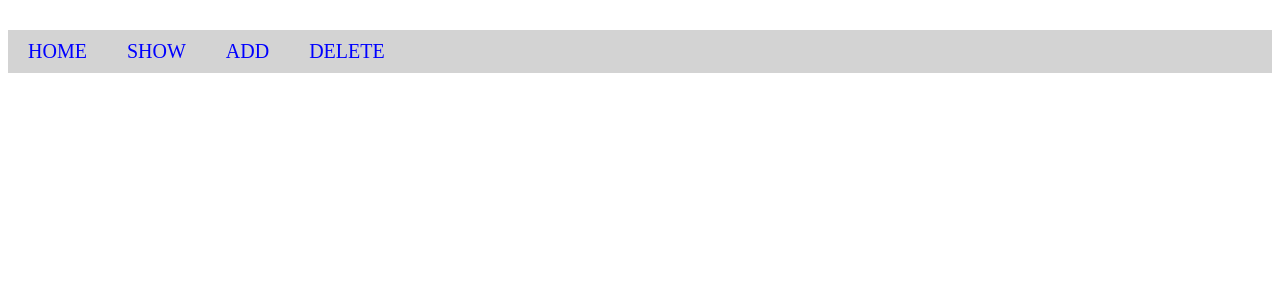
Repository: jalaj2123/SPRING-ORM
Page: Webap/src/main/webapp/home.html
An editor plug-in stored every save of this project. The page is shown before and after the next save, followed by the edit.
The browser window is 1280 px wide. The pictures show the whole page.

Above is the page before, as saved 2022-03-16 13:45:41.

### Webap/src/main/webapp/home.html
<!DOCTYPE html>
<html>
<head>
<meta charset="ISO-8859-1">
<title>Insert title here</title>

<style>
ul
{
  list-style-type: none;
  margin: 0;
  padding: 0px;
  overflow: hidden;
  background-color: lightgray;
}
li a {
  display: block;
  color: blue;
 font-size:20px;
  text-align: center;
  padding: 10px 20px;
  text-decoration: none;
}
  li
   {
  float: left;
}
li a:hover
{
  background-color: orange;
  color: black;
}


</style>
</head>
<body>
<marquee behavior="scroll" direction="right">MVC,MAVEN</marquee>
<ul>
<li><a href="home.html">HOME</a></li>
<li><a href="index.jsp">SHOW</a></li>
<li><a href="insert.html">ADD</a></li>
<li><a href="delete.html">DELETE</a></li>
</ul>
</body>
</html>

After the next save:
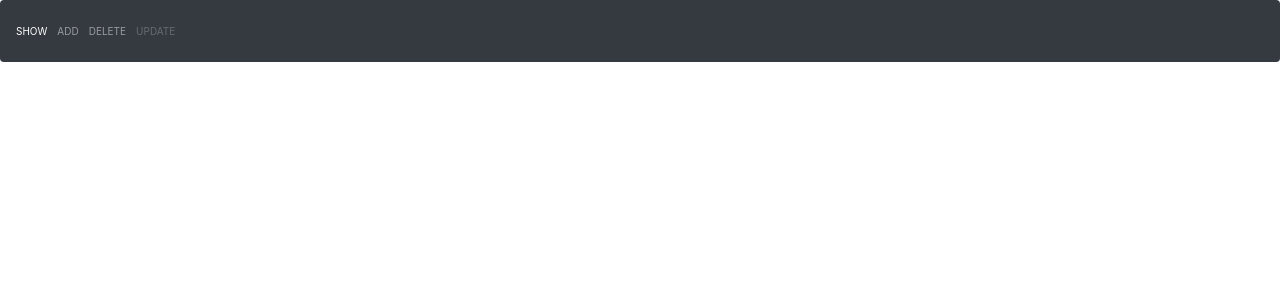
Saved 18 h 21 min later.
--- a/Webap/src/main/webapp/home.html
+++ b/Webap/src/main/webapp/home.html
@@ -1,46 +1,37 @@
 <!DOCTYPE html>
 <html>
 <head>
-<meta charset="ISO-8859-1">
 <title>Insert title here</title>
 
-<style>
-ul
-{
-  list-style-type: none;
-  margin: 0;
-  padding: 0px;
-  overflow: hidden;
-  background-color: lightgray;
-}
-li a {
-  display: block;
-  color: blue;
- font-size:20px;
-  text-align: center;
-  padding: 10px 20px;
-  text-decoration: none;
-}
-  li
-   {
-  float: left;
-}
-li a:hover
-{
-  background-color: orange;
-  color: black;
-}
 
+<meta charset="utf-8">
 
-</style>
-</head>
-<body>
-<marquee behavior="scroll" direction="right">MVC,MAVEN</marquee>
-<ul>
-<li><a href="home.html">HOME</a></li>
-<li><a href="index.jsp">SHOW</a></li>
-<li><a href="insert.html">ADD</a></li>
-<li><a href="delete.html">DELETE</a></li>
-</ul>
+<meta name="viewport" content="width=device-width, initial-scale=1">
+ <link rel="stylesheet" href="https://maxcdn.bootstrapcdn.com/bootstrap/3.4.1/css/bootstrap.min.css">
+  <meta name="viewport" content="width=device-width, initial-scale=1">
+  <link rel="stylesheet" href="https://cdn.jsdelivr.net/npm/bootstrap@4.6.1/dist/css/bootstrap.min.css">
+  <script src="https://cdn.jsdelivr.net/npm/jquery@3.6.0/dist/jquery.slim.min.js"></script>
+  <script src="https://cdn.jsdelivr.net/npm/popper.js@1.16.1/dist/umd/popper.min.js"></script>
+  <script src="https://cdn.jsdelivr.net/npm/bootstrap@4.6.1/dist/js/bootstrap.bundle.min.js"></script>
+  </head>
+  <body>
+  <header>
+<nav class="navbar navbar-expand-sm bg-dark navbar-dark">
+  <ul class="navbar-nav">
+    <li class="nav-item active">
+      <a class="nav-link" href="index.html">SHOW</a>
+    </li>
+    <li class="nav-item">
+      <a class="nav-link" href="insert.html">ADD</a>
+    </li>
+    <li class="nav-item">
+      <a class="nav-link" href="delete">DELETE</a>
+    </li>
+    <li class="nav-item">
+      <a class="nav-link disabled" href="Update.html">UPDATE</a>
+    </li>
+  </ul>
+  </nav>
+  </header>
 </body>
 </html>
